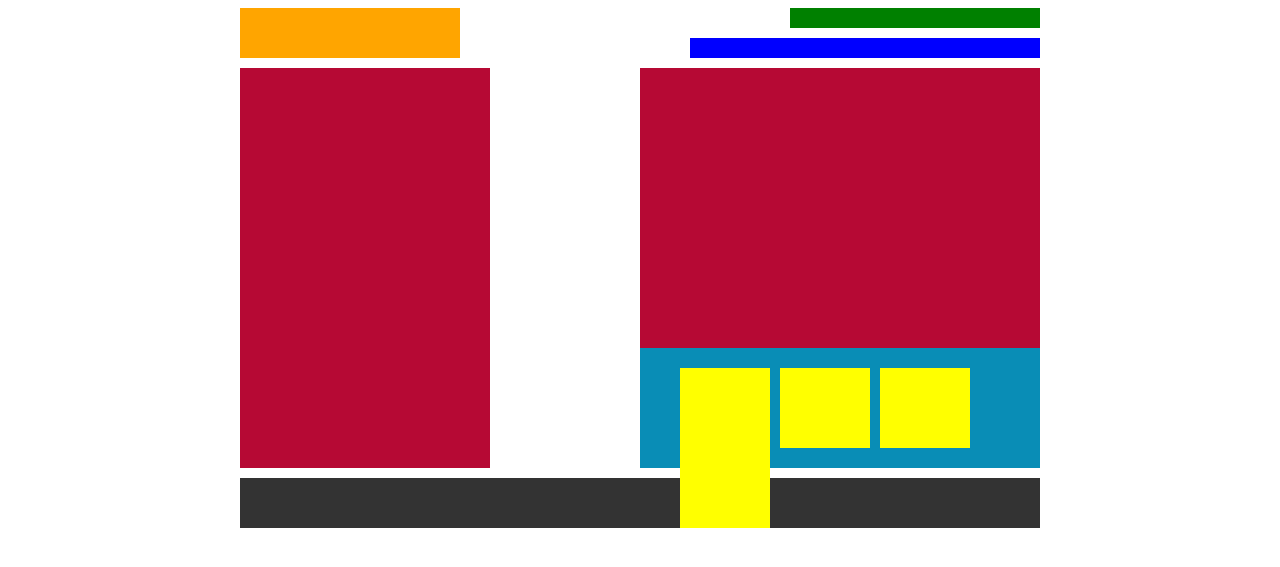
Repository: Tdaine/node
Page: css/code/floatWebLayout.html
These files come from the project's save history. The page is drawn as it stood at one moment and after the next save; the edit follows.
The browser window is 1280 px wide. The pictures show the whole page.

Above is the page before, as saved 2021-04-28 15:45:14.

After the next save:
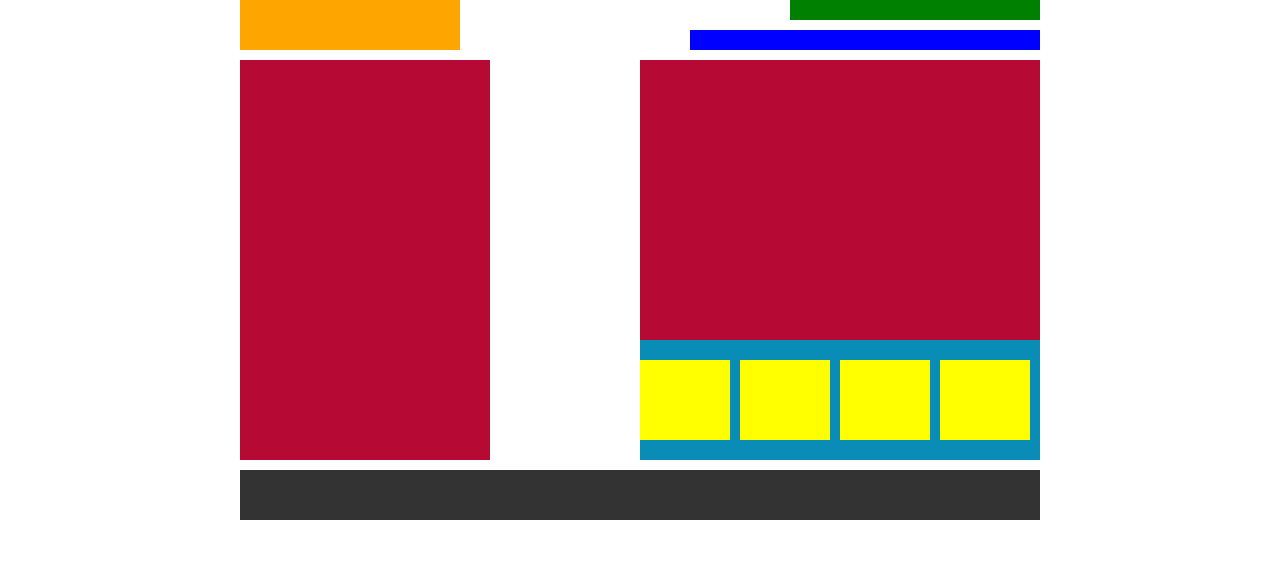
Saved 42 s later.
--- a/css/code/floatWebLayout.html
+++ b/css/code/floatWebLayout.html
@@ -6,6 +6,10 @@
   <meta name="viewport" content="width=device-width, initial-scale=1.0">
   <title>Document</title>
   <style>
+    *{
+      margin: 0;
+      padding: 0;
+    }
     header{
       width: 800px;
       height: 50px;
